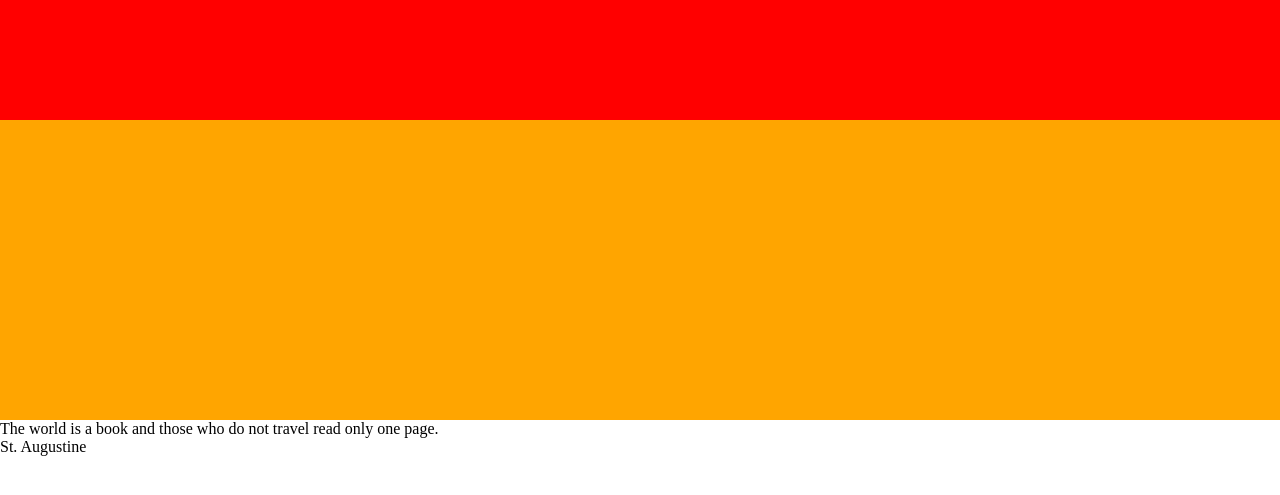
Repository: takedakazushi/git-practice
Page: sample/sample.html
The author's editor kept a record of every edit. The page is drawn from the files as they stood at one moment, then again after the next edit.
The browser window is 1280 px wide. The pictures show the whole page.

Above is the page before.

### sample/sample.html
<!DOCTYPE HTML>
<html lang="ja">
  <head>
    <meta charset="UTF-8" />
    <title>初めてのHTML</title>
    <!---->
    <link rel="stylesheet" href="stle.css" />

    <!---->
    </head>
    <body>
    <div class="header"></div>
        <div class="header-top"></div>
      <div class="header-bottom"></div>
    <div class="main-visual"></div>
      <div class="main-visual-content">
          <p class="main-visual-text">
          The world is a book and those who do not travel read only one page.
        </p>
        <p class="main-visual-name">
          St. Augustine
        </p>
      </div>
    <div class="main">
      <div class="blog"></div>
      <div class="sidebar"></div>
    </div>
      <div class="footer"></div>
    </body>
</html>

### sample/stle.css
* {
  margin: 0;
  padding: 0;
  box-sizing: border-box
}
.header {
  width: 100%;
  height: 120px;
  background-color: red;
}
.main-visual {
  width: 100%;
  height: 300px;
  background-color: orange;
}

After the next edit:
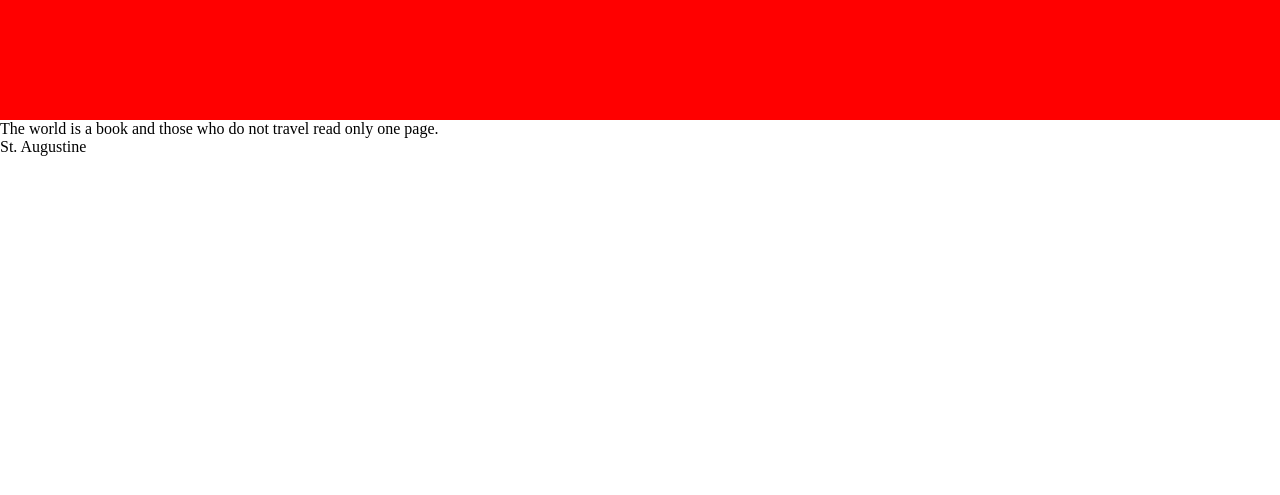
The edit:
--- a/sample/stle.css
+++ b/sample/stle.css
@@ -8,7 +8,7 @@
   height: 120px;
   background-color: red;
 }
-.main-visual {
+>main-visual {
   width: 100%;
   height: 300px;
   background-color: orange;

After the 2 edits that followed:
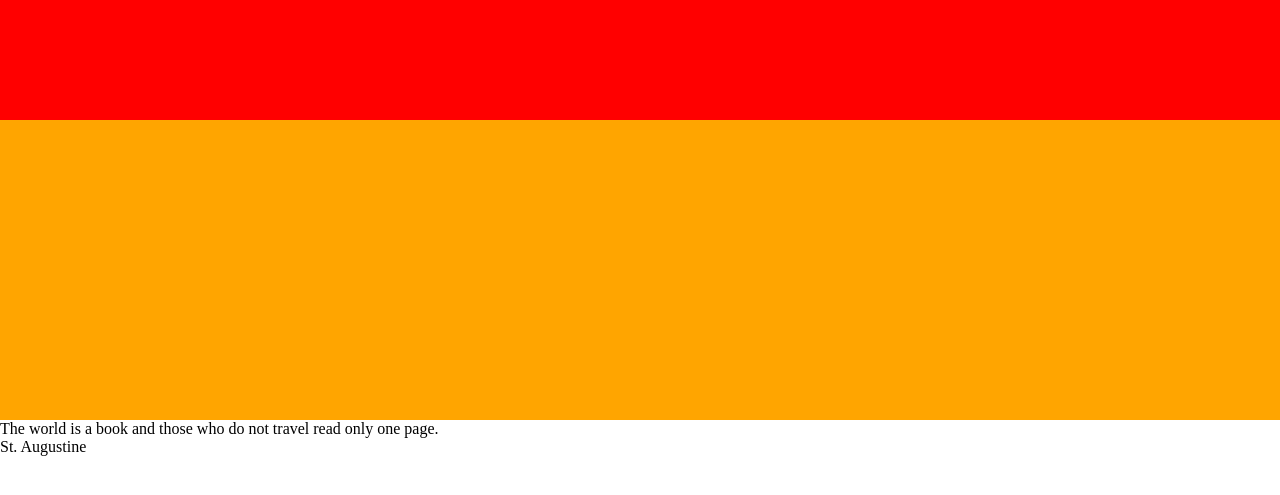
The 2 edits are shown as one change because 1 left the picture as it was.
The edit:
--- a/sample/stle.css
+++ b/sample/stle.css
@@ -8,8 +8,7 @@
   height: 120px;
   background-color: red;
 }
->main-visual {
+.main-visual {
   width: 100%;
   height: 300px;
-  background-color: orange;
-}
+  background-color: orange; }
